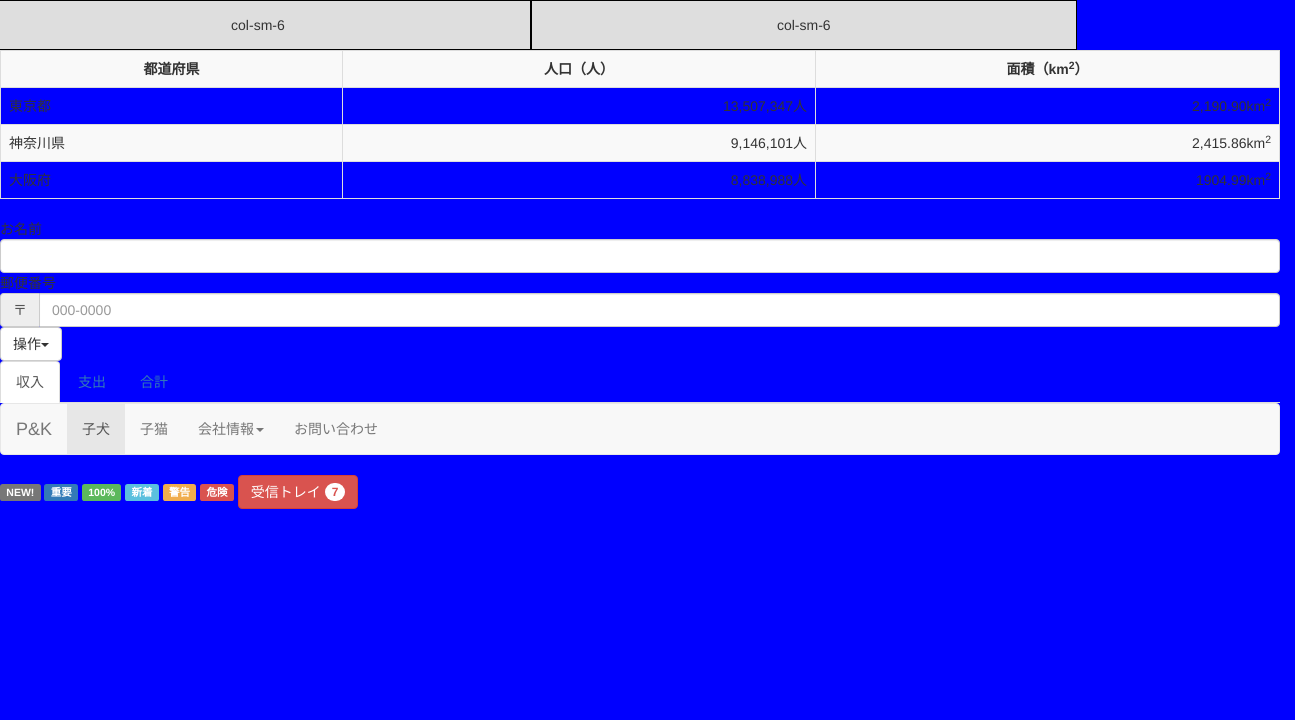
Repository: mihanayano/kadai-monolist
Page: bootstrap_lesson.html
The author's editor kept a record of every edit. The page is drawn from the files as they stood at one moment, then again after the next edit.
The browser window is 1280 px wide. The page is 1295 px wide, so the pictures cover 1295 px, including what lies to the right of the window. The pictures show the whole page.

Above is the page before.

### bootstrap_lesson.html
<!DOCTYPE html>
<html>
    <head>
        <meta charset="utf-8">
        <meta http-equiv="X-UA-Compatible" content="IE=edge">
        <meta name="viewport" content="width=device-width, initial-scale=1">


        <title>Grid System Test</title>

        <!-- Bootstrap CSS-->
        <link rel="stylesheet" href="https://maxcdn.bootstrapcdn.com/bootstrap/3.3.7/css/bootstrap.min.css">
        <!-- jQuery -->
        <script src="https://ajax.googleapis.com/ajax/libs/jquery/1.12.4/jquery.min.js"></script>
        <!-- Bootstrap JavaScript-->
        <script src="https://maxcdn.bootstrapcdn.com/bootstrap/3.3.7/js/bootstrap.min.js"></script>


        <link rel="stylesheet" href="bootstrap_lesson.css">
        <style>
            .row div {
                border: 1px solid #000;
                padding: 1em;
                text-align: center;
                background-color: #dedede;
            }

        </style>

    </head>
    <body>
    <div class="row">
        <div class="col-sm-5">col-sm-6</div>
        <div class="col-sm-5">col-sm-6</div>
    </div>

    <table class="table table-striped table-bordered">
    <tr>
        <th class="text-center">都道府県</th>
        <th class="text-center">人口（人）</th>
        <th class="text-center">面積（km<sup>2</sup>）</th>
    </tr>
    <tr>
        <td>東京都</td>
        <td class="text-right">13,507,347人</td>
        <td class="text-right">2,190.90km<sup>2</sup></td>
    </tr>
    <tr>
        <td>神奈川県</td>
        <td class="text-right">9,146,101人</td>
        <td class="text-right">2,415.86km<sup>2</sup></td>
    </tr>
    <tr>
        <td>大阪府</td>
        <td class="text-right">8,838,988人</td>
        <td class="text-right">1904.99km<sup>2</sup></td>
    </tr>
</table>

<form>
    お名前
    <input type="text" class="form-control">
</form>

<form>
  郵便番号
  <div class="input-group">
    <!-- left accessory -->
    <span class="input-group-addon">〒</span>

    <input type="text" class="form-control" placeholder="000-0000">
  </div>
</form>

<div class="dropdown">
  <button type="button" class="btn btn-default dropdown-toggle" data-toggle="dropdown">
    操作<span class="caret"></span>
  </button>
  <!-- choices -->
  <ul class="dropdown-menu">
    <li><a href="#">返信</a></li>
    <li><a href="#">転送</a></li>
    <li role="separator" class="divider"></li>
    <li><a href="#">削除</a></li>
  </ul>

  <ul class="nav nav-tabs">
  <li class="active"><a href="#">収入</a></li>
  <li><a href="#">支出</a></li>
  <li><a href="#">合計</a></li>
</ul>
</div>
<nav class="navbar navbar-default">
  <div class="container-fluid">
    <div class="navbar-header">
      <!-- hamburger button which shows narrow width -->
      <button type="button" class="navbar-toggle collapsed" data-toggle="collapse" data-target="#navbar">
        <span class="icon-bar"></span>
        <span class="icon-bar"></span>
        <span class="icon-bar"></span>
      </button>

      <!-- link back to the home -->
      <a class="navbar-brand" href="#">P&amp;K</a>
    </div>

    <!-- menu items -->
    <div id="navbar" class="collapse navbar-collapse">
      <ul class="nav navbar-nav">
        <li class="active"><a href="#">子犬</a></li>
        <li><a href="#">子猫</a></li>
        <li class="dropdown">
          <a href="#" class="dropdown-toggle" data-toggle="dropdown">会社情報<span class="caret"></span></a>
          <ul class="dropdown-menu">
            <li><a href="#">ビジョン</a></li>
            <li><a href="#">会社概要</a></li>
            <li><a href="#">地図</a></li>
            <li><a href="#">沿革</a></li>
          </ul>
        </li>
        <li><a href="#">お問い合わせ</a></li>
      </ul>
    </div><!-- /.navbar-collapse -->
  </div><!-- /.container-fluid -->
</nav>

<span class="label label-default">NEW!</span>
<span class="label label-primary">重要</span>
<span class="label label-success">100%</span>
<span class="label label-info">新着</span>
<span class="label label-warning">警告</span>
<span class="label label-danger">危険</span>

<button class="btn btn-danger" type="button">
  受信トレイ <span class="badge">7</span>
</button>

</body>

</html>

### bootstrap_lesson.css
body {
  background-color: #000;
}

@media (min-width: 500px) {
    /* style applied if window's width is 500px or more */
    body {
        background-color: #f00;
    }
}

@media (min-width: 750px) {
    /* style applied if window's width is 750px or more */
    body {
        background-color: #0f0;
    }
}

@media (min-width: 1000px) {
    /* style applied if window's width is 1000px or more */
    body {
        background-color: #00f;
    }
}

After the next edit:
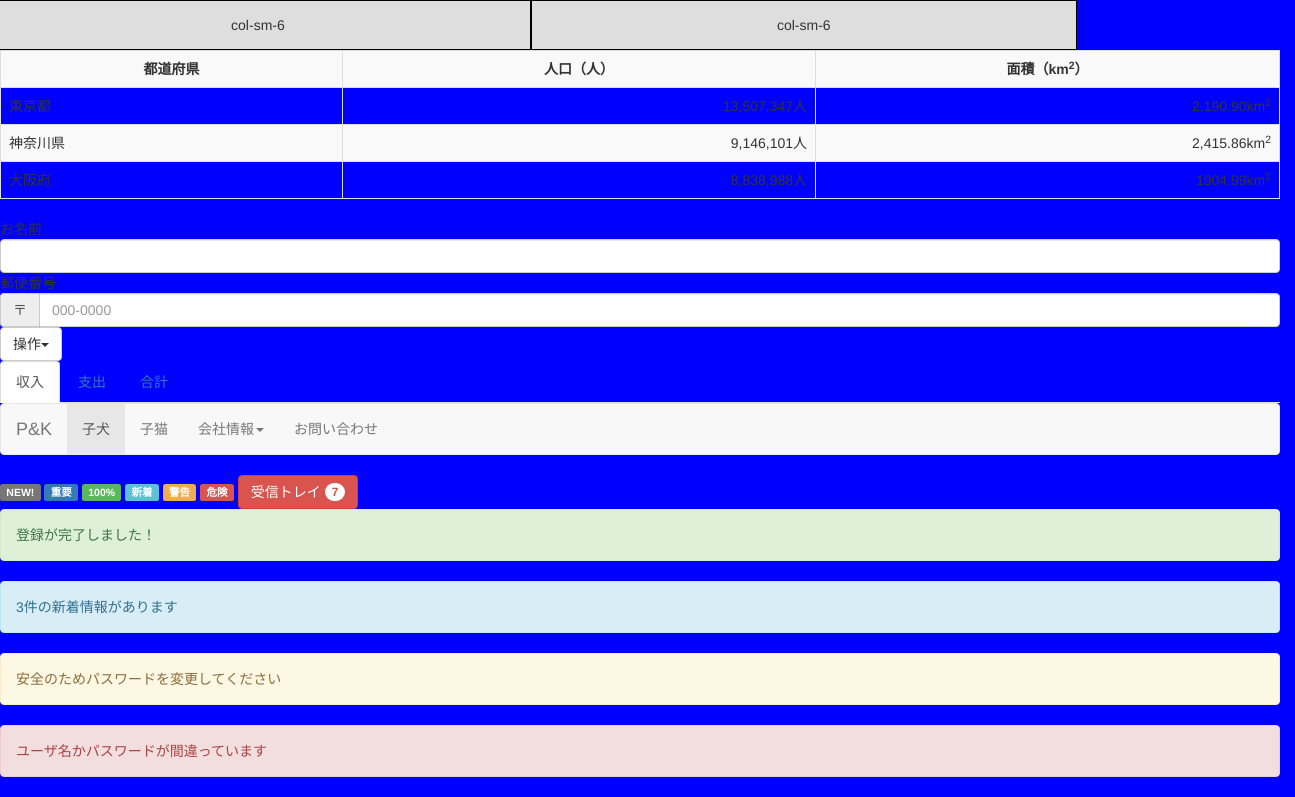
The edit:
--- a/bootstrap_lesson.html
+++ b/bootstrap_lesson.html
@@ -134,6 +134,10 @@
 <button class="btn btn-danger" type="button">
   受信トレイ <span class="badge">7</span>
 </button>
+<div class="alert alert-success" role="alert">登録が完了しました！</div>
+<div class="alert alert-info" role="alert">3件の新着情報があります</div>
+<div class="alert alert-warning" role="alert">安全のためパスワードを変更してください</div>
+<div class="alert alert-danger" role="alert">ユーザ名かパスワードが間違っています</div>
 
 </body>
 
